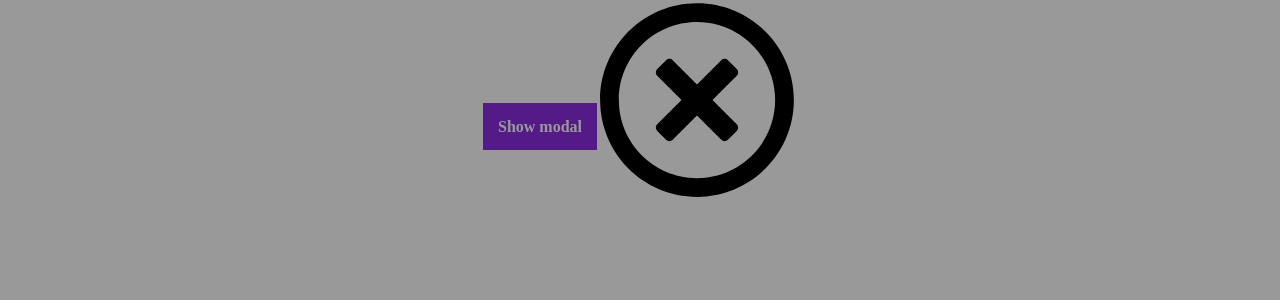
Repository: AnhTuan191298/sent-file-hoang
Page: js_modal/index.html
These files come from the project's save history. The page is drawn as it stood at one moment and after the next save; the edit follows.
The browser window is 1280 px wide. The pictures show the whole page.

Above is the page before, as saved 2021-02-01 13:53:09.

After the next save:
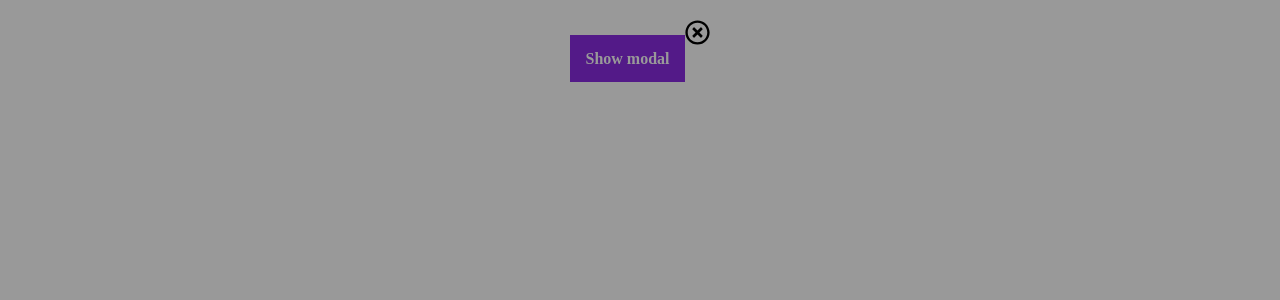
Saved 28 s later.
--- a/js_modal/index.html
+++ b/js_modal/index.html
@@ -39,8 +39,8 @@
 
         }
         .modal_show__close-img {
-            width: 200px;
-            height: 200px;
+            width: 25px;
+            height: 25px;
         }
     </style>
 </head>
